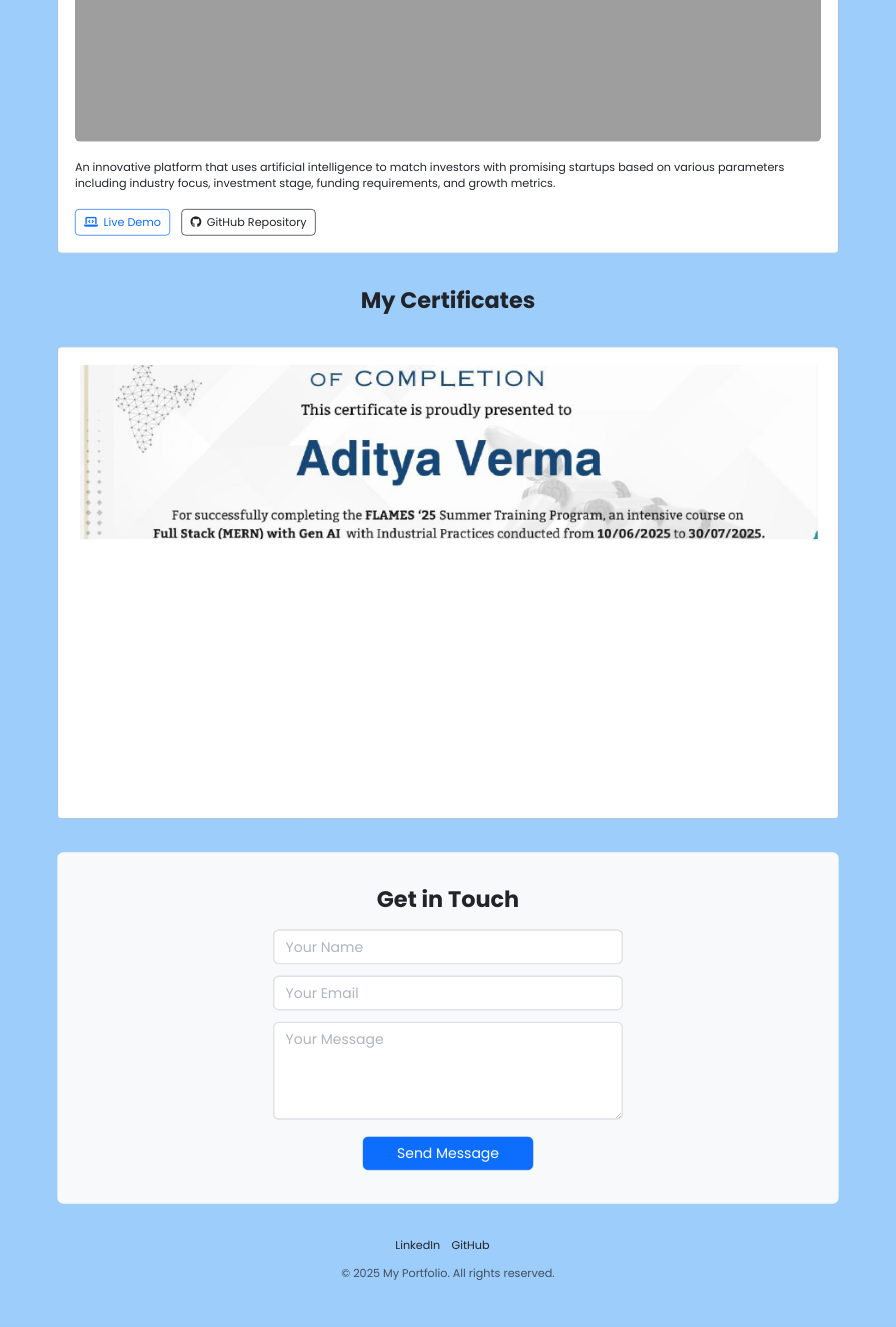
Repository: AdityaTech-Pro/Portfolio-Aditya-Verma
Page: Aditya Portfolio/index.html
An editor plug-in stored every save of this project. The page is shown before and after the next save, followed by the edit.
The browser window is 1280 px wide. The pictures show the part of the page from y = 3911 to 5831 px (the page is 5807 px tall before and 5831 px after), at 70% of full size.
Pictures or frames that could not be fetched are drawn as grey boxes.

Above is the page before, as saved 2026-01-08 00:39:06.

### Aditya Portfolio/index.html
<!DOCTYPE html>
<html lang="en">

<head>
    <meta charset="UTF-8">
    <meta name="viewport" content="width=device-width, initial-scale=1.0">
    <title>My Portfolio - Bootstrap Utilities</title>
    <!-- Bootstrap CSS -->
    <link href="https://cdn.jsdelivr.net/npm/bootstrap@5.3.2/dist/css/bootstrap.min.css" rel="stylesheet">
    <!-- Font Awesome for icons -->
    <link rel="stylesheet" href="https://cdnjs.cloudflare.com/ajax/libs/font-awesome/6.4.2/css/all.min.css">
    <!-- Google Font: Poppins -->
    <link href="https://fonts.googleapis.com/css2?family=Poppins:wght@300;400;600;700&display=swap" rel="stylesheet">
    <!-- Local custom styles -->
    <link rel="stylesheet" href="styles.css">
    <style>
        /* Custom styles to complement Bootstrap */

         :root {
            --bg: #9dcdfa;
            --card-bg: #ffffff;
            --accent: #0d6efd;
            --text: #212529;
        }

        body {
            background-color: var(--bg);
            color: var(--text);
            transition: background-color 0.3s ease, color 0.3s ease;
        }

        .profile-section {
            background: linear-gradient(to bottom, #f8f9fa, #e9ecef);
            transition: transform 0.3s ease, background 0.3s ease;
        }
        /* Top bar with theme toggle */

        .topbar {
            display: flex;
            justify-content: flex-end;
            align-items: center;
            gap: 1rem;
            margin-bottom: 1rem;
        }

        .theme-toggle {
            display: inline-flex;
            align-items: center;
            gap: 0.5rem;
            background: transparent;
            border: 1px solid rgba(0, 0, 0, 0.08);
            padding: 0.6rem 1rem;
            border-radius: 999px;
            cursor: pointer;
            color: var(--text);
            transition: all 0.3s ease;
        }

        .theme-toggle:hover {
            background: rgba(0, 0, 0, 0.05);
            transform: translateY(-1px);
        }

        .theme-toggle:active {
            transform: translateY(1px);
        }

        .theme-toggle i {
            font-size: 1.1rem;
        }

        .theme-toggle .fa-sun {
            color: #ff9500;
        }

        .theme-toggle .fa-moon {
            display: none;
            color: #6366f1;
        }

        .dark-theme .theme-toggle .fa-sun {
            display: none;
        }

        .dark-theme .theme-toggle .fa-moon {
            display: inline-block;
        }

        .btn-custom {
            transition: transform 0.3s ease;
        }

        .btn-custom:hover {
            transform: translateY(-2px);
        }

        .form-control:focus {
            box-shadow: 0 0 0 0.25rem rgba(13, 110, 253, 0.2);
        }

        .profile-img {
            width: 200px;
            height: 200px;
            object-fit: cover;
            border: 4px solid white;
            box-shadow: 0 4px 6px rgba(0, 0, 0, 0.1);
            transition: transform 0.25s ease;
        }

        .profile-img:hover {
            transform: scale(1.03);
        }
        /* Dark theme overrides */

        body.dark-theme {
            --bg: #0f1724;
            --card-bg: #111827;
            --muted: #9ca3af;
            --accent: #60a5fa;
            --text: #e6eef8;
        }

        .dark-theme .profile-section {
            background: linear-gradient(180deg, rgba(255, 255, 255, 0.02), rgba(255, 255, 255, 0.01));
        }

        .dark-theme .bg-light {
            background-color: #0b1220 !important;
            color: var(--text) !important;
            border: 1px solid rgba(255, 255, 255, 0.04);
        }

        .dark-theme .text-muted {
            color: var(--muted) !important;
        }

        .dark-theme .theme-toggle {
            border-color: rgba(255, 255, 255, 0.1);
        }

        .dark-theme .theme-toggle:hover {
            background: rgba(255, 255, 255, 0.05);
        }
        /* Small polish */

        .max-width-500 {
            max-width: 500px;
        }

        footer a {
            color: inherit;
        }

        @media (max-width: 768px) {
            .profile-img {
                width: 150px;
                height: 150px;
            }
            .topbar {
                justify-content: center;
            }
        }
        /* Project section styles */

        .project-img {
            height: 250px;
            object-fit: cover;
            border-radius: 8px;
        }

        .project-card {
            transition: transform 0.3s ease;
            background: var(--card-bg);
        }

        .project-card:hover {
            transform: translateY(-5px);
        }

        .project-links a {
            transition: opacity 0.3s ease;
        }

        .project-links a:hover {
            opacity: 0.8;
        }

        .video-container {
            position: relative;
            padding-bottom: 56.25%;
            /* 16:9 aspect ratio */
            height: 0;
            overflow: hidden;
            border-radius: 8px;
        }

        .video-container iframe {
            position: absolute;
            top: 0;
            left: 0;
            width: 100%;
            height: 100%;
            border: 0;
        }
    </style>
</head>

<body>
    <!-- Main Container -->
    <div class="container py-5">
        <!-- Top bar: theme toggle and quick actions -->
        <div class="topbar">
            <button id="themeToggle" class="theme-toggle" aria-pressed="false" aria-label="Toggle dark mode">
                <i class="fas fa-sun" aria-hidden="true"></i>
                <i class="fas fa-moon" aria-hidden="true"></i>
                <span class="visually-hidden">Toggle theme</span>
            </button>
        </div>
        <!-- Profile Section -->
        <section class="profile-section p-5 rounded-3 text-center mb-5">
            <img src="https://avatars.githubusercontent.com/u/219658559?s=400&u=7e5a78b2bf82817b3f897e4e53b1019b24af58ee&v=4" alt="Profile Picture" class="profile-img img-fluid rounded-circle mb-4">

            <h1 class="fw-bold mb-2">Aditya Verma</h1>
            <p class="text-muted fs-5 mb-4">Full Stack Web Developer who loves turning ideas into high-performance web applications. With expertise in full-stack MERN development, APIs, and AI 🧠⚙️, I focus on building smart, scalable solutions, Have Command on DSA while solving 500+
                Problem on Leetcode and Well aware about Oop 's ,DBMS ,Computer Network, OS</p>

            <!-- Action Buttons -->
            <div class="d-flex justify-content-center gap-3 mb-5">
                <button class="btn btn-primary btn-lg btn-custom">
                    Hire Me
                </button>
                <a href="./assets/AdityaVerma_Resume.pdf" class="btn btn-outline-primary " download>
                    <i class="fas fa-download me-2"></i>Download CV
                </a>
                <a href="https://www.linkedin.com/in/9905adityaverma/" class="btn btn-outline-primary " target="_blank ">
                    <i class="fa:linkedin-square"></i>My LinkedIn
                </a>
                <a href="https://github.com/AdityaTech-Pro" class="btn btn-outline-primary " target="_blank ">
                    <i class="fab fa-github me-2 "></i>My GitHub
                </a>

            </div>
        </section>

        <!-- Projects Section -->
        <section class="mb-5">
            <h2 class="text-center fw-bold mb-5"> My Projects</h2>

            <!--Project1-->
            <div class="card project-card mb-5">
                <div class="card-body p-4">
                    <h3 class="card-title fw-bold mb-3">AI-Based-Investor-Startup-Matchmaking-Platform</h3>

                    <!-- Project Images -->
                    <div class="row g-4 mb-4">
                        <div class="col-md-4">
                            <img src="./assets/P1a.png" alt="Project Screenshot 1" class="project-img img-fluid w-100">
                        </div>
                        <div class="col-md-4">
                            <img src="./assets/P1b.png" alt="Project Screenshot 2" class="project-img img-fluid w-100">
                        </div>
                        <div class="col-md-4">
                            <img src="./assets/P1c.png" alt="Project Screenshot 3" class="project-img img-fluid w-100">
                        </div>
                    </div>

                    <!-- Project Video -->
                    <div class="video-container mb-4">
                        <iframe src="./assets/Project (AI based S&IP).mp4" title="Project Demo " allow="accelerometer; autoplay; clipboard-write; encrypted-media; gyroscope; picture-in-picture " allowfullscreen></iframe>
                    </div>

                    <!-- Project Description -->
                    <p class="card-text mb-4 ">
                        An innovative platform that uses artificial intelligence to match investors with promising startups based on various parameters including industry focus, investment stage, funding requirements, and growth metrics.
                    </p>

                    <!-- Project Links -->
                    <div class="project-links d-flex gap-3 ">
                        <a href="http://localhost:3000 " class="btn btn-outline-primary " target="_blank ">
                            <i class="fas fa-laptop-code me-2 "></i>Live Demo
                        </a>
                        <a href="https://github.com/KS-Vijay/AI-Based-Investor-Startup-Matchmaking-Platform " class="btn btn-outline-dark " target="_blank ">
                            <i class="fab fa-github me-2 "></i>GitHub Repository
                        </a>
                    </div>
                </div>
            </div>

            <!--Project2-->
            <div class="card project-card mb-5 ">
                <div class="card-body p-4 ">
                    <h3 class="card-title fw-bold mb-3 ">Lung Cancer Detection using Convolutional Neural Network (CNN)</h3>

                    <!-- Project Images -->
                    <div class="row g-4 mb-4 ">
                        <div class="col-md-4 ">
                            <img src="./assets/P2a.png " alt="Project Screenshot 1 " class="project-img img-fluid w-100 ">
                        </div>
                        <div class="col-md-4 ">
                            <img src="./assets/P2b.png " alt="Project Screenshot 2 " class="project-img img-fluid w-100 ">
                        </div>
                        <div class="col-md-4 ">
                            <img src="./assets/P2c.png " alt="Project Screenshot 3 " class="project-img img-fluid w-100 ">
                        </div>
                    </div>

                    <!-- Project Video -->
                    <div class="video-container mb-4 ">
                        <iframe src="./assets/Project Lung Cancer Detection using Full Stack MERN and AIML CNN Model.mp4 " title="Project Demo " allow="accelerometer; autoplay; clipboard-write; encrypted-media; gyroscope; picture-in-picture " allowfullscreen></iframe>
                    </div>

                    <!-- Project Description -->
                    <p class="card-text mb-4 ">
                        An innovative platform that uses artificial intelligence to match investors with promising startups based on various parameters including industry focus, investment stage, funding requirements, and growth metrics.
                    </p>

                    <!-- Project Links -->
                    <div class="project-links d-flex gap-3 ">
                        <a href="http://localhost:3000 " class="btn btn-outline-primary " target="_blank ">
                            <i class="fas fa-laptop-code me-2 "></i>Live Demo
                        </a>
                        <a href="https://github.com/AdityaTech-Pro/Lung-Cancer-Detection-using-Convolutional-Neural-Network" class="btn btn-outline-dark " target="_blank ">
                            <i class="fab fa-github me-2 "></i>GitHub Repository
                        </a>
                    </div>
                </div>
            </div>

            <!--Project3-->
            <div class="card project-card mb-5 ">
                <div class="card-body p-4 ">
                    <h3 class="card-title fw-bold mb-3 ">Braj Museum</h3>

                    <!-- Project Images -->
                    <div class="row g-4 mb-4 ">
                        <div class="col-md-4 ">
                            <img src="./assets/P3a.png " alt="Project Screenshot 1 " class="project-img img-fluid w-100 ">
                        </div>
                        <div class="col-md-4 ">
                            <img src="./assets/P3b.png " alt="Project Screenshot 2 " class="project-img img-fluid w-100 ">
                        </div>
                        <div class="col-md-4 ">
                            <img src="./assets/P3c.png " alt="Project Screenshot 3 " class="project-img img-fluid w-100 ">
                        </div>
                    </div>

                    <!-- Project Video -->
                    <div class="video-container mb-4 ">
                        <iframe src="./assets/Braj-Museum.mp4 " title="Project Demo " allow="accelerometer; autoplay; clipboard-write; encrypted-media; gyroscope; picture-in-picture " allowfullscreen></iframe>
                    </div>

                    <!-- Project Description -->
                    <p class="card-text mb-4 ">
                        An innovative platform that uses artificial intelligence to match investors with promising startups based on various parameters including industry focus, investment stage, funding requirements, and growth metrics.
                    </p>

                    <!-- Project Links -->
                    <div class="project-links d-flex gap-3 ">
                        <a href="http://localhost:3000 " class="btn btn-outline-primary " target="_blank ">
                            <i class="fas fa-laptop-code me-2 "></i>Live Demo
                        </a>
                        <a href="https://github.com/AdityaTech-Pro/Braj-Museum " class="btn btn-outline-dark " target="_blank ">
                            <i class="fab fa-github me-2 "></i>GitHub Repository
                        </a>
                    </div>
                </div>
            </div>
        </section>

        <section class="mb-5">
            <h2 class="text-center fw-bold mb-5"> My Certificates</h2>
            <!--Certificate1-->
            <div class="card project-card mb-5">
                <div class="card-body p-4">
                    <!--Image-->
                    <div class="video-container mb-4">
                        <div class="video-container mb-8">
                            <img src="./assets/Full Stack Dev Certificate1.png" alt="Full Stack Development 1" class="project-img img-fluid w-100">
                        </div>
                        <!--Certificate name and Describtion-->
                        <p class="card-text mb-4 ">
                            Full Stack Development Certificate
                        </p>
                    </div>


                </div>
            </div>
        </section>

        <!-- Contact Form Section -->
        <section class="bg-light p-5 rounded-3 ">
            <h2 class="text-center fw-bold mb-4 ">Get in Touch</h2>

            <form class="max-width-500 mx-auto ">
                <div class="mb-3 ">
                    <input type="text " class="form-control form-control-lg " placeholder="Your Name " required>
                </div>

                <div class="mb-3 ">
                    <input type="email " class="form-control form-control-lg " placeholder="Your Email " required>
                </div>

                <div class="mb-4 ">
                    <textarea class="form-control form-control-lg " rows="4 " placeholder="Your Message " required></textarea>
                </div>

                <div class="text-center ">
                    <button type="submit " class="btn btn-primary btn-lg px-5 btn-custom ">
                        Send Message
                    </button>
                </div>
            </form>
        </section>

        <!-- Footer -->
        <footer class="text-center mt-5 ">
            <div class="d-flex justify-content-center gap-3 ">
                <a href="https://www.linkedin.com/in/aditya-verma-2a3915289/ " class="text-decoration-none text-dark ">LinkedIn</a>
                <a href="https://github.com/AdityaTech-Pro " class="text-decoration-none text-dark ">GitHub</a>
                <a href="# " class="text-decoration-none text-dark "></a>
            </div>
            <p class="text-muted mt-3 ">&copy; 2025 My Portfolio. All rights reserved.</p>
        </footer>
    </div>

    <!-- Theme toggle script -->
    <script>
        (function() {
            const toggle = document.getElementById('themeToggle');
            const body = document.body;
            const saved = localStorage.getItem('theme');

            if (!toggle) return;

            function applyTheme(theme) {
                if (theme === 'dark') {
                    body.classList.add('dark-theme');
                    toggle.setAttribute('aria-pressed', 'true');
                } else {
                    body.classList.remove('dark-theme');
                    toggle.setAttribute('aria-pressed', 'false');
                }
            }

            // initial theme: saved -> user preference -> light
            if (saved) {
                applyTheme(saved);
            } else if (window.matchMedia && window.matchMedia('(prefers-color-scheme: dark)').matches) {
                applyTheme('dark');
            }

            toggle.addEventListener('click', function() {
                const isDark = body.classList.toggle('dark-theme');
                localStorage.setItem('theme', isDark ? 'dark' : 'light');
                toggle.setAttribute('aria-pressed', String(isDark));
            });
        })();
    </script>

    <!-- Bootstrap JS -->
    <script src="https://cdn.jsdelivr.net/npm/bootstrap@5.3.2/dist/js/bootstrap.bundle.min.js "></script>
</body>

</html>

Loaded but not shown: Aditya Portfolio/styles.css (213 lines, source omitted)

After the next save:
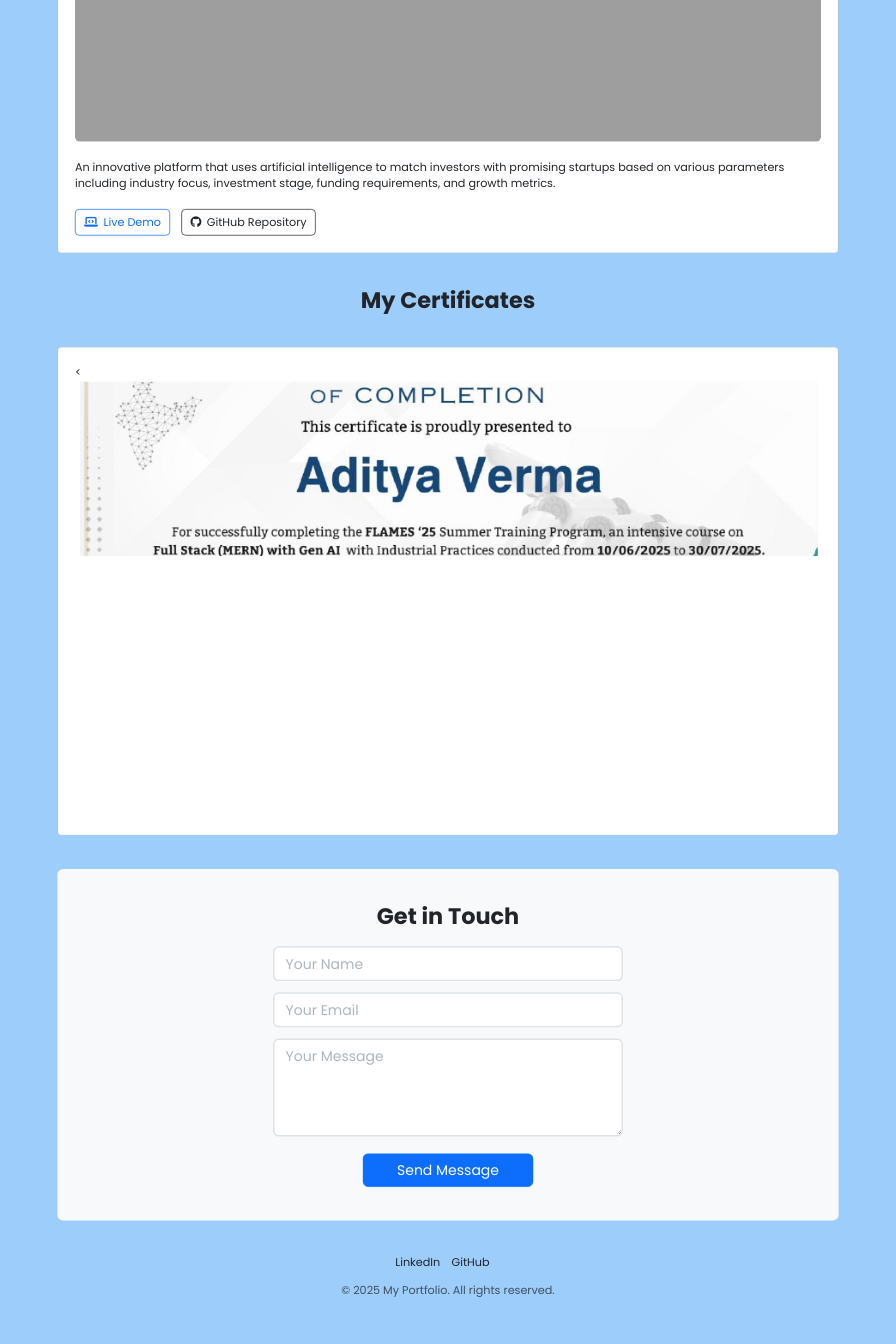
Saved 2 min 37 s later.
--- a/Aditya Portfolio/index.html
+++ b/Aditya Portfolio/index.html
@@ -373,7 +373,7 @@
             <div class="card project-card mb-5">
                 <div class="card-body p-4">
                     <!--Image-->
-                    <div class="video-container mb-4">
+                    <<div class="video-container mb-4">
                         <div class="video-container mb-8">
                             <img src="./assets/Full Stack Dev Certificate1.png" alt="Full Stack Development 1" class="project-img img-fluid w-100">
                         </div>
@@ -381,47 +381,47 @@
                         <p class="card-text mb-4 ">
                             Full Stack Development Certificate
                         </p>
-                    </div>
-
-
                 </div>
-            </div>
-        </section>
-
-        <!-- Contact Form Section -->
-        <section class="bg-light p-5 rounded-3 ">
-            <h2 class="text-center fw-bold mb-4 ">Get in Touch</h2>
-
-            <form class="max-width-500 mx-auto ">
-                <div class="mb-3 ">
-                    <input type="text " class="form-control form-control-lg " placeholder="Your Name " required>
-                </div>
-
-                <div class="mb-3 ">
-                    <input type="email " class="form-control form-control-lg " placeholder="Your Email " required>
-                </div>
-
-                <div class="mb-4 ">
-                    <textarea class="form-control form-control-lg " rows="4 " placeholder="Your Message " required></textarea>
-                </div>
-
-                <div class="text-center ">
-                    <button type="submit " class="btn btn-primary btn-lg px-5 btn-custom ">
+
+
+            </div>
+    </div>
+    </section>
+
+    <!-- Contact Form Section -->
+    <section class="bg-light p-5 rounded-3 ">
+        <h2 class="text-center fw-bold mb-4 ">Get in Touch</h2>
+
+        <form class="max-width-500 mx-auto ">
+            <div class="mb-3 ">
+                <input type="text " class="form-control form-control-lg " placeholder="Your Name " required>
+            </div>
+
+            <div class="mb-3 ">
+                <input type="email " class="form-control form-control-lg " placeholder="Your Email " required>
+            </div>
+
+            <div class="mb-4 ">
+                <textarea class="form-control form-control-lg " rows="4 " placeholder="Your Message " required></textarea>
+            </div>
+
+            <div class="text-center ">
+                <button type="submit " class="btn btn-primary btn-lg px-5 btn-custom ">
                         Send Message
                     </button>
-                </div>
-            </form>
-        </section>
-
-        <!-- Footer -->
-        <footer class="text-center mt-5 ">
-            <div class="d-flex justify-content-center gap-3 ">
-                <a href="https://www.linkedin.com/in/aditya-verma-2a3915289/ " class="text-decoration-none text-dark ">LinkedIn</a>
-                <a href="https://github.com/AdityaTech-Pro " class="text-decoration-none text-dark ">GitHub</a>
-                <a href="# " class="text-decoration-none text-dark "></a>
-            </div>
-            <p class="text-muted mt-3 ">&copy; 2025 My Portfolio. All rights reserved.</p>
-        </footer>
+            </div>
+        </form>
+    </section>
+
+    <!-- Footer -->
+    <footer class="text-center mt-5 ">
+        <div class="d-flex justify-content-center gap-3 ">
+            <a href="https://www.linkedin.com/in/aditya-verma-2a3915289/ " class="text-decoration-none text-dark ">LinkedIn</a>
+            <a href="https://github.com/AdityaTech-Pro " class="text-decoration-none text-dark ">GitHub</a>
+            <a href="# " class="text-decoration-none text-dark "></a>
+        </div>
+        <p class="text-muted mt-3 ">&copy; 2025 My Portfolio. All rights reserved.</p>
+    </footer>
     </div>
 
     <!-- Theme toggle script -->
